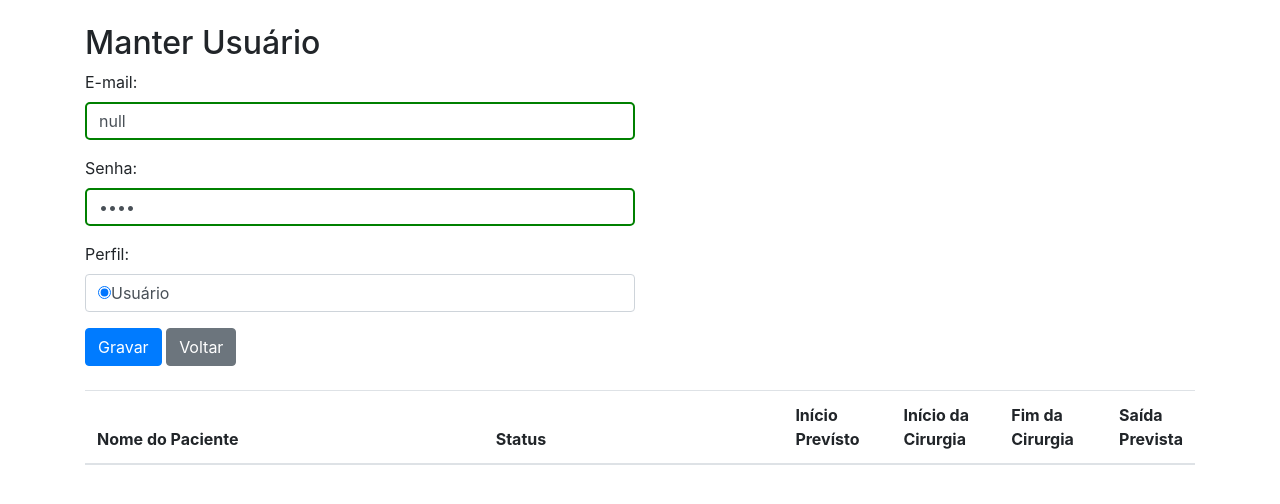
Repository: eduardo-r-jesus/Projeto_Centro_Cirurgico
Page: http://localhost/centro_cirurgico_web/formManterUsuario.jsp
An editor plug-in stored every save of this project. The page is shown before and after the next save, followed by the edit.
The browser window is 1280 px wide. The pictures show the whole page.
The page is served by Tomcat 9.

Above is the page before, as saved 2021-09-07 15:23:37.

After the next save:
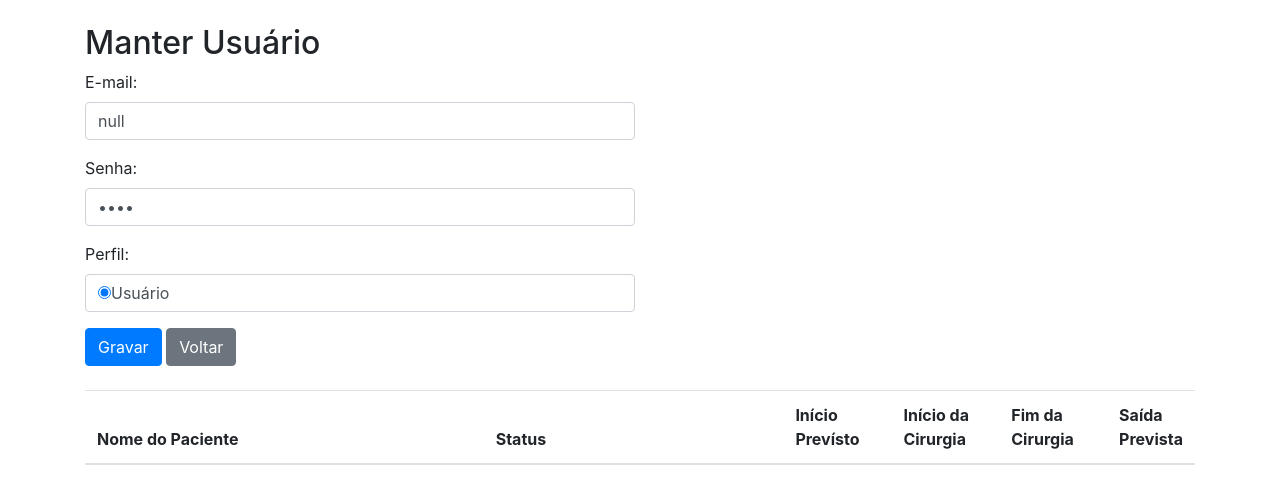
Saved 93 s later.
--- a/centro_cirurgico_web/src/main/webapp/css/estilo.css
+++ b/centro_cirurgico_web/src/main/webapp/css/estilo.css
@@ -23,10 +23,7 @@
    font-weight: bold;
 }
 
-input[type=email], input[type=password]{
-    border: 2px solid green;
-    border-radius: 5px;
-}
+
 
 input[type=email]:focus, input[type=password]:focus{
     background-color: #ffef01;

After the save that followed:
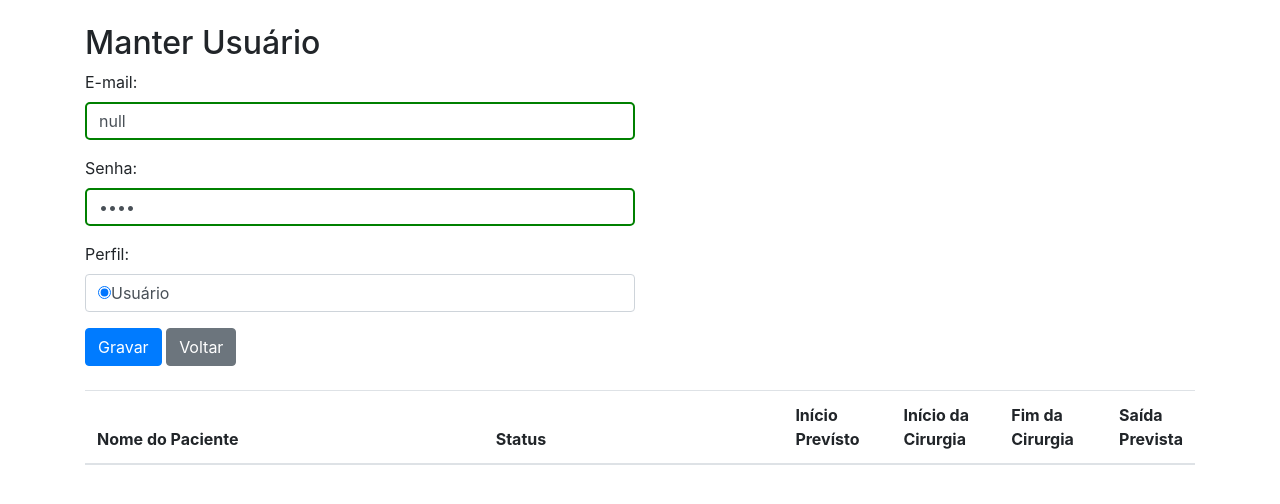
Saved 38 s later.
--- a/centro_cirurgico_web/src/main/webapp/css/estilo.css
+++ b/centro_cirurgico_web/src/main/webapp/css/estilo.css
@@ -23,7 +23,10 @@
    font-weight: bold;
 }
 
-
+input[type=email], input[type=password]{
+    border: 2px solid green;
+    border-radius: 5px;
+}
 
 input[type=email]:focus, input[type=password]:focus{
     background-color: #ffef01;
